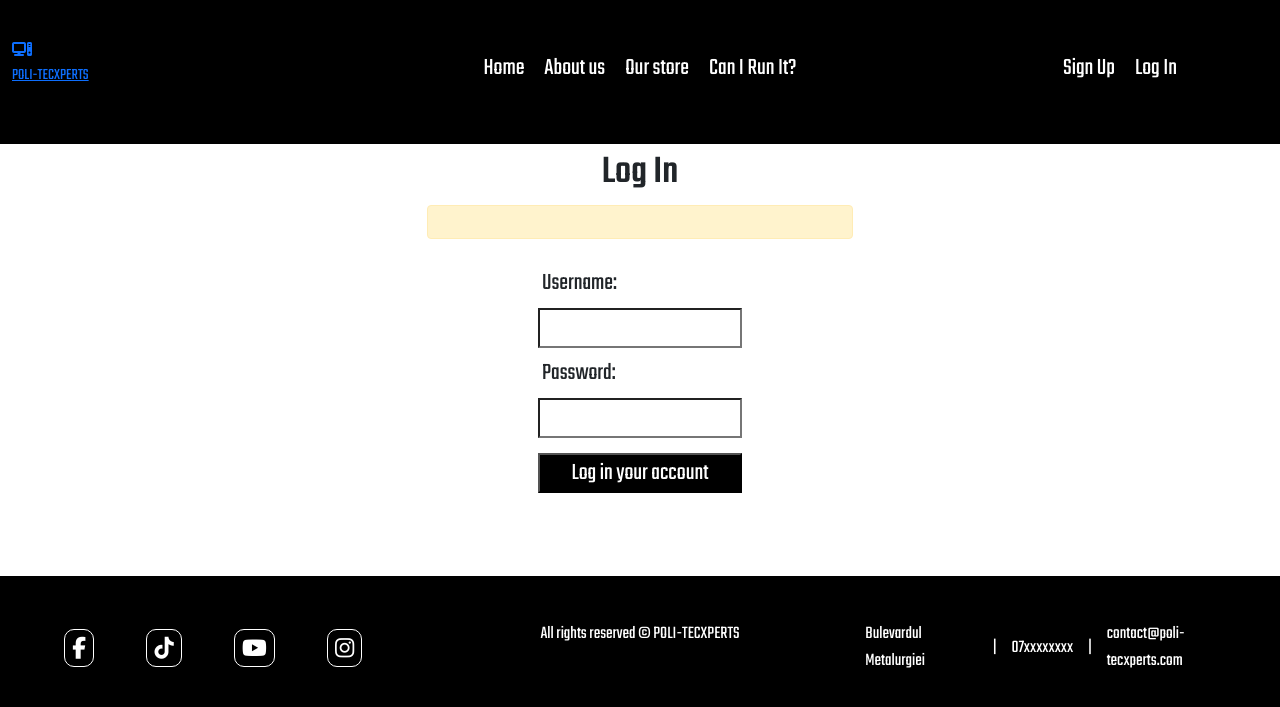
Repository: cristibtz/POLI_TECXPERTS
Page: login/login.html
The author's editor kept a copy of each file at every save. The page is drawn from the files as they stood at one save, then again after the next save.
The browser window is 1280 px wide. The pictures show the whole page.

Above is the page before, as saved 2024-04-27 20:00:43.

After the next save:
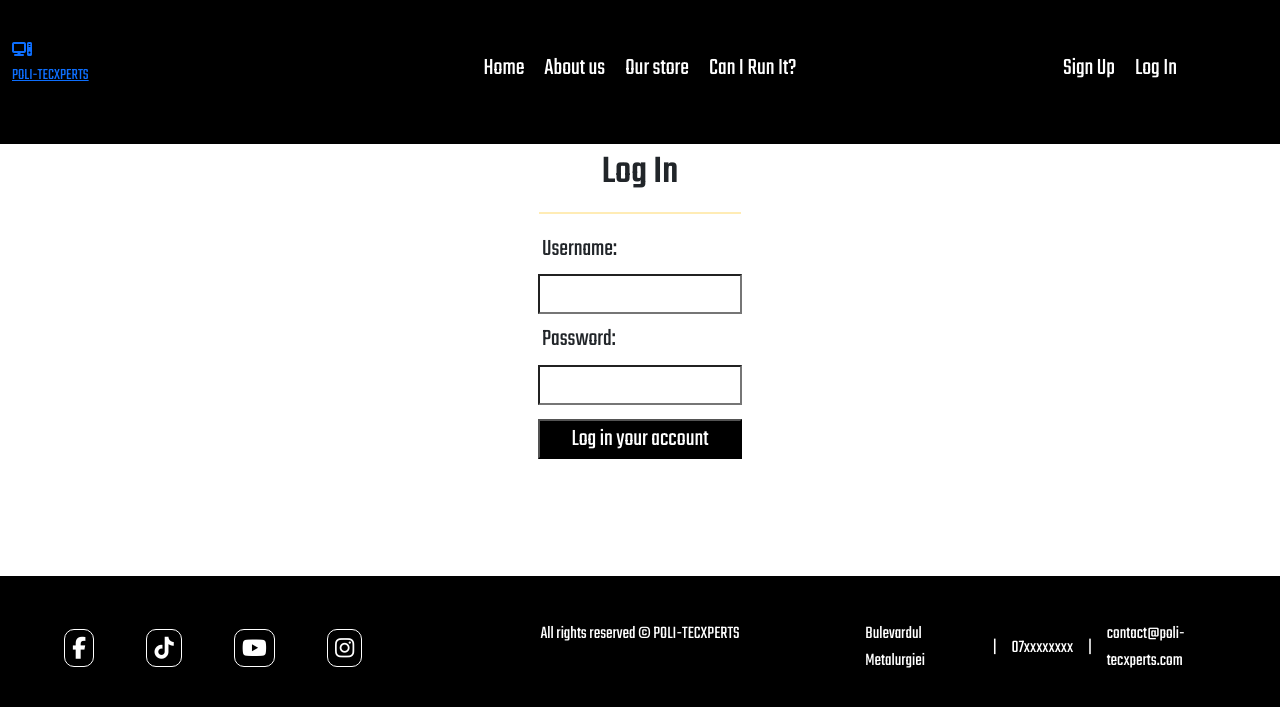
Saved 11 min 50 s later.
--- a/css/forms.css
+++ b/css/forms.css
@@ -1,4 +1,4 @@
-form .row input {
+form .row input, .alert {
     margin: 1vh auto;
     width: 50%;
     text-align: center;
@@ -6,11 +6,11 @@
     padding: 0;
     border-radius: 0;
 }
- form .row input:focus{
+
+form .row input:focus{
     border-radius: 0;
     outline: none;
  }
-
 
 form {
     margin: 0.6rem;

After the save that followed:
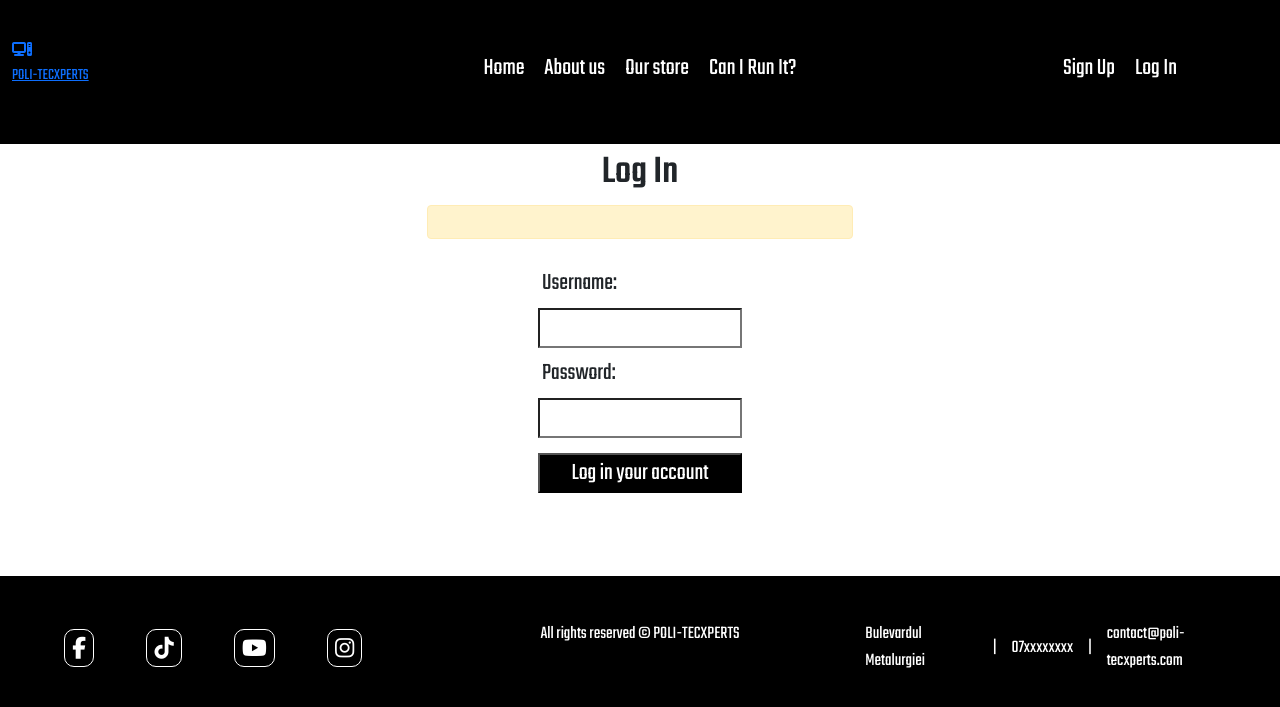
Saved 25 s later.
--- a/css/forms.css
+++ b/css/forms.css
@@ -1,4 +1,4 @@
-form .row input, .alert {
+form .row input {
     margin: 1vh auto;
     width: 50%;
     text-align: center;
@@ -6,6 +6,8 @@
     padding: 0;
     border-radius: 0;
 }
+
+.alert
 
 form .row input:focus{
     border-radius: 0;
